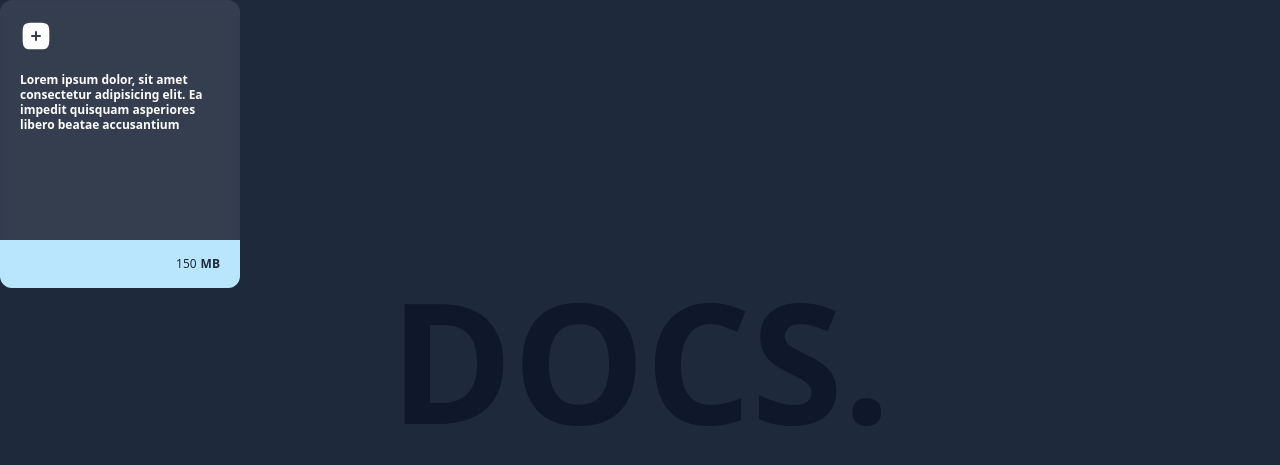
Repository: aliakbarmotallebi/framer-react
Page: /
An editor plug-in stored every save of this project. The page is shown before and after the next save, followed by the edit.
The browser window is 1280 px wide. The pictures show the whole page.
The project was rebuilt for these pictures with package versions that can differ from the ones it lists, and the page was loaded fresh each time.

Above is the page before, as saved 2024-08-14 22:41:28.

### src/App.js
import React from "react";
import Background from "./components/Background";
import Card from "./components/Card";

function App() {
  return (
    <div className="relative h-screen w-full bg-slate-800">
      <Background />
      <div className="fixed left-0 top-0 z-[3] h-full w-full">
        <Card />
      </div>
    </div>
  );
}

export default App;

### src/components/Background.jsx
import React from "react";

function Background() {
    return <h1 className="absolute left-1/2 top-1/2 -translate-x-[50%] -translate-y-[50%] text-[13vw] font-semibold text-slate-900">
    DOCS.
  </h1>
}

export default Background;

### src/components/Card.jsx
import React, { Component } from 'react';
import { motion } from "framer-motion";

class Card extends Component {
    render() {
        return (
            <motion.div drag className="w-60 h-72 rounded-xl bg-white/10 backdrop-blur-sm p-5 text-white relative overflow-hidden">
                <svg xmlns="http://www.w3.org/2000/svg" className="w-8 h-8" viewBox="0 0 24 24"><path fill="currentColor" fill-rule="evenodd" d="M12 22c-4.714 0-7.071 0-8.536-1.465C2 19.072 2 16.714 2 12s0-7.071 1.464-8.536C4.93 2 7.286 2 12 2s7.071 0 8.535 1.464C22 4.93 22 7.286 22 12s0 7.071-1.465 8.535C19.072 22 16.714 22 12 22m0-13.75a.75.75 0 0 1 .75.75v2.25H15a.75.75 0 0 1 0 1.5h-2.25V15a.75.75 0 0 1-1.5 0v-2.25H9a.75.75 0 0 1 0-1.5h2.25V9a.75.75 0 0 1 .75-.75" clip-rule="evenodd"/></svg>
                <p className="text-xs leading-tight mt-5 font-semibold">
                    Lorem ipsum dolor, sit amet consectetur adipisicing elit. Ea impedit quisquam asperiores libero beatae accusantium
                </p>

                <div className="footer absolute bottom-0 bg-sky-200 w-full py-2 left-0">
                    <button className="text-sky-900 p-2 font-medium w-full">
                        <div className="flex justify-between items-center w-full px-2">
                            <h5 className="text-slate-800 text-xs ml-auto">
                                150
                                <span className="font-bold px-1">
                                    MB
                                </span>
                            </h5>
                        </div>
                    </button>
                </div>
            </motion.div>
        );
    }
}

export default Card;

Loaded but not shown: public/index.html (common file); src/index.js (common file); src/index.css (common file); tailwind.config.js (common file)

After the next save:
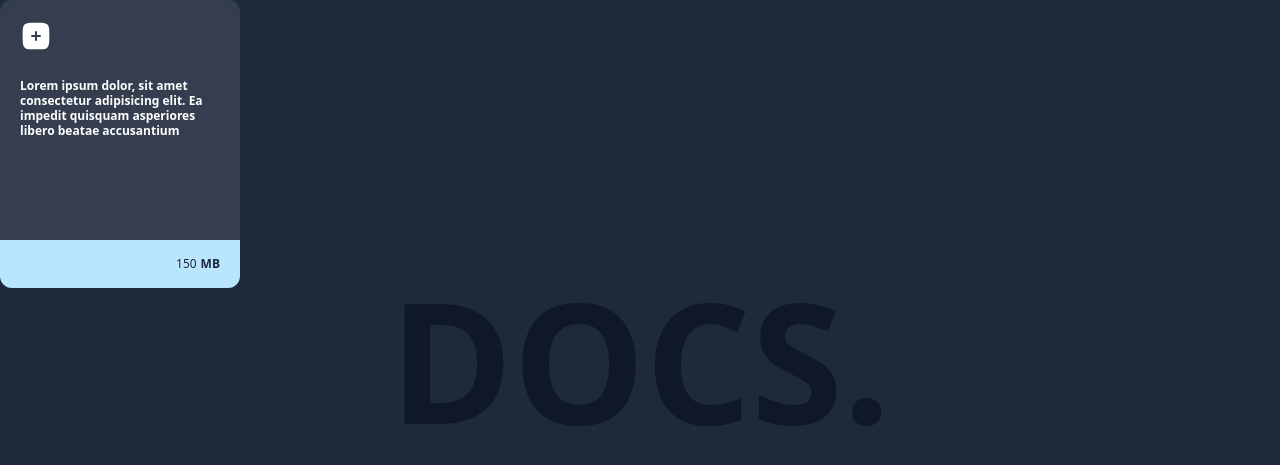
Saved 12 s later.
--- a/src/components/Card.jsx
+++ b/src/components/Card.jsx
@@ -5,11 +5,12 @@ class Card extends Component {
     render() {
         return (
             <motion.div drag className="w-60 h-72 rounded-xl bg-white/10 backdrop-blur-sm p-5 text-white relative overflow-hidden">
+                <button>
                 <svg xmlns="http://www.w3.org/2000/svg" className="w-8 h-8" viewBox="0 0 24 24"><path fill="currentColor" fill-rule="evenodd" d="M12 22c-4.714 0-7.071 0-8.536-1.465C2 19.072 2 16.714 2 12s0-7.071 1.464-8.536C4.93 2 7.286 2 12 2s7.071 0 8.535 1.464C22 4.93 22 7.286 22 12s0 7.071-1.465 8.535C19.072 22 16.714 22 12 22m0-13.75a.75.75 0 0 1 .75.75v2.25H15a.75.75 0 0 1 0 1.5h-2.25V15a.75.75 0 0 1-1.5 0v-2.25H9a.75.75 0 0 1 0-1.5h2.25V9a.75.75 0 0 1 .75-.75" clip-rule="evenodd"/></svg>
+                </button>
                 <p className="text-xs leading-tight mt-5 font-semibold">
                     Lorem ipsum dolor, sit amet consectetur adipisicing elit. Ea impedit quisquam asperiores libero beatae accusantium
                 </p>
-
                 <div className="footer absolute bottom-0 bg-sky-200 w-full py-2 left-0">
                     <button className="text-sky-900 p-2 font-medium w-full">
                         <div className="flex justify-between items-center w-full px-2">
